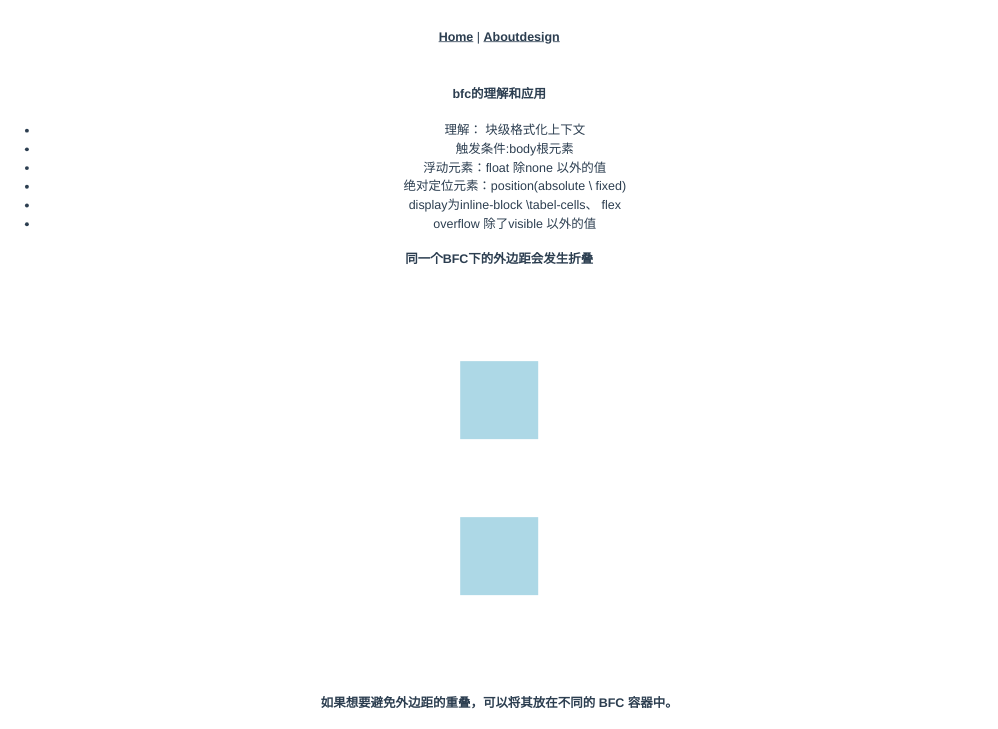
Repository: 1025215705/design
Page: /layout/3 (app in vue-ts/)
An editor plug-in stored every save of this project. The page is shown before and after the next save, followed by the edit.
The browser window is 1280 px wide. The pictures show the whole page, at 78% of full size.
The project was rebuilt for these pictures with package versions that can differ from the ones it lists, and the page was loaded fresh each time. Also part of the build but not shown: vue-ts/src/components/HelloWorld.vue, vue-ts/src/views/Home.vue, vue-ts/src/practice/design/adaptee.ts, vue-ts/src/practice/design/decorator.ts, vue-ts/src/practice/design/observer.ts, vue-ts/src/practice/design/proxy.ts, vue-ts/src/practice/design/singletonLogin.ts, vue-ts/src/practice/design/userFactory.ts and 5 more.

Above is the page before, as saved 2020-12-11 15:12:02.

After the next save:
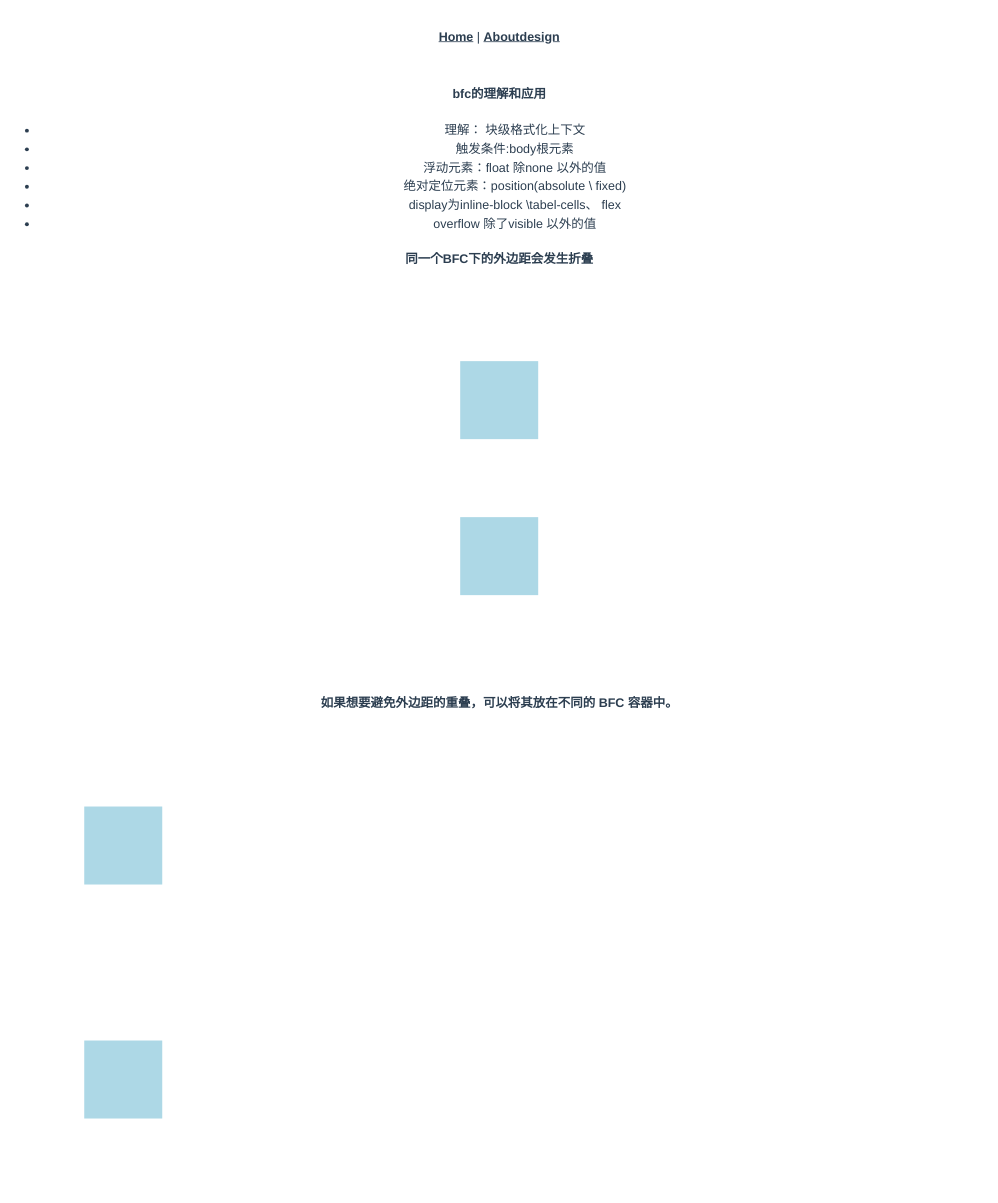
Saved 15 s later.
--- a/vue-ts/src/practice/layout/bfc.vue
+++ b/vue-ts/src/practice/layout/bfc.vue
@@ -33,4 +33,13 @@ export default {}
 	background: lightblue;
 	margin: 100px;
 }
+.container {
+    overflow: hidden;
+}
+p {
+    width: 100px;
+    height: 100px;
+    background: lightblue;
+    margin: 100px;
+}
 </style>
